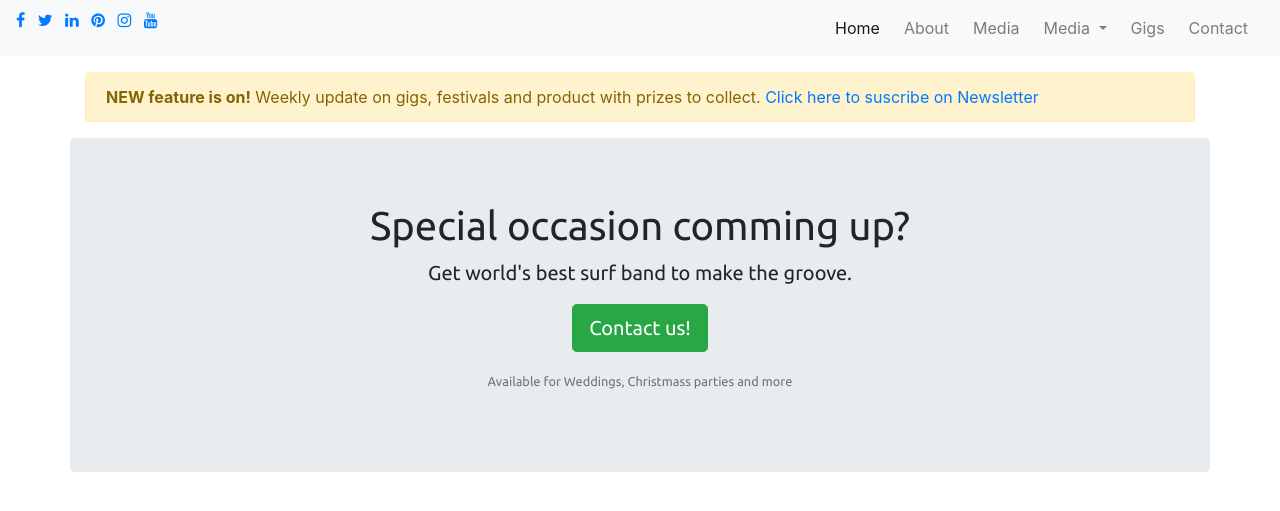
Repository: NamcorStudent/Stream_1_Project_HTML5-CSS3
Page: index.html
The author's editor kept a record of every edit. The page is drawn from the files as they stood at one moment, then again after the next edit.
The browser window is 1280 px wide. The pictures show the whole page.
Some web libraries are served in a nearby version.

Above is the page before.

### index.html
<!DOCTYPE html>
<html lang="en">

<head>
    <meta charset="UTF-8">
    <meta name="viewport" content="width=device-width, initial-scale=1.0">
    <meta http-equiv="X-UA-Compatible" content="ie=edge">
    <link rel="stylesheet" href="https://maxcdn.bootstrapcdn.com/bootstrap/4.2.1/css/bootstrap.min.css" type="text/css" />
    <link rel="stylesheet" href="https://maxcdn.bootstrapcdn.com/font-awesome/4.7.0/css/font-awesome.min.css" type="text/css" />
    <link rel="stylesheet" href="assets/css/style.css" type="text/css" />
    <title>The Bambi Molesters | Official</title>
</head>

<body>
    <header>
        <!--Nav-->
        <nav class="navbar navbar-light navbar-expand-sm bg-light">
            <div class="social-links mr-auto">
                <ul class="list-inline social-links">
                    <li class="list-inline-item">
                        <a target="_blank" href="#">
                            <i class="fa fa-facebook" aria-hidden="true"></i>
                            <span class="sr-only">Facebook</span>
                        </a>
                    </li>
                    <li class="list-inline-item">
                        <a target="_blank" href="#">
                            <i class="fa fa-twitter" aria-hidden="true"></i>
                            <span class="sr-only">Twitter</span>
                        </a>
                    </li>
                    <li class="list-inline-item">
                        <a target="_blank" href="#">
                            <i class="fa fa-linkedin" aria-hidden="true"></i>
                            <span class="sr-only">LinkedIn</span>
                        </a>
                    </li>
                    <li class="list-inline-item">
                        <a target="_blank" href="#">
                            <i class="fa fa-pinterest" aria-hidden="true"></i>
                            <span class="sr-only">Pinterest</span>
                        </a>
                    </li>
                    <li class="list-inline-item">
                        <a target="_blank" href="#">
                            <i class="fa fa-instagram" aria-hidden="true"></i>
                            <span class="sr-only">Instagram</span>
                        </a>
                    </li>
                    <li class="list-inline-item">
                        <a target="_blank" href="#">
                            <i class="fa fa-youtube" aria-hidden="true"></i>
                            <span class="sr-only">YouTube</span>
                        </a>
                    </li>
                </ul>
            </div>
            <button class="navbar-toggler" type="button" data-toggle="collapse" data-target="#navbarTogglerDropdown" aria-controls="navbarTogglerDemo02" aria-expanded="false" aria-label="Toggle navigation">
            <span class="navbar-toggler-icon"></span>
            </button>

            <div class="collapse navbar-collapse" id="navbarTogglerDropdown">
                <ul class="navbar-nav ml-auto">
                    <li class="active nav-item mr-2"><a class="nav-link" href="/">Home</a></li>
                    <li class="nav-item mr-2"><a class="nav-link" href="">About</a></li>
                    <li class="nav-item mr-2"><a class="nav-link" href="">Media</a></li>
                    <li class="nav-item dropdown mr-2">
                    <a class="nav-link dropdown-toggle" href="#" id="navbarDropdownMenuLink" role="button" data-toggle="dropdown" aria-haspopup="true" aria-expanded="false">
          Media
        </a>
                    <div class="dropdown-menu" aria-labelledby="navbarDropdownMenuLink">
                        <a class="dropdown-item" href="#">Video</a>
                        <a class="dropdown-item" href="#">Music</a>
                        <a class="dropdown-item" href="#">Gallery</a>
                    </div>
                </li>
                    <li class="nav-item mr-2"><a class="nav-link" href="">Gigs</a></li>
                    <li class="nav-item mr-2"><a class="nav-link" href="">Contact</a></li>
                    <li class="nav-item mr-2 d-block d-sm-none"><a class="nav-link" href="">Suscribe!!!</a></li>
                </ul>
            </div>
        </nav>

    </header>
    <section class="container mt-3">
        <div class="row d-none d-sm-block">
            <div class="col-12">
                <div class="alert alert-warning">
                    <strong>NEW feature is on!</strong> Weekly update on gigs, festivals and product with prizes to collect. <a href="">Click here to suscribe on Newsletter</a>
                </div>
            </div>
        </div>
        <!-- Callout -->
        <div class="row">
            <section class=" col-12 callout jumbotron text-center">
                <h1>Special occasion comming up?</h1>
                <p class="lead">Get world's best surf band to make the groove.</p>
                <p><button class="btn btn-lg btn-success">Contact us!</button></p>
                <p class="text-muted"><small>Available for Weddings, Christmass parties and more</small></p>
            </section>
        </div>
        <!-- /.callout -->

    </section>

 <script src="https://code.jquery.com/jquery-3.3.1.slim.min.js" integrity="sha384-q8i/X+965DzO0rT7abK41JStQIAqVgRVzpbzo5smXKp4YfRvH+8abtTE1Pi6jizo" crossorigin="anonymous"></script>
    <script src="https://cdnjs.cloudflare.com/ajax/libs/popper.js/1.14.7/umd/popper.min.js" integrity="sha384-UO2eT0CpHqdSJQ6hJty5KVphtPhzWj9WO1clHTMGa3JDZwrnQq4sF86dIHNDz0W1" crossorigin="anonymous"></script>
    <script src="https://stackpath.bootstrapcdn.com/bootstrap/4.3.1/js/bootstrap.min.js" integrity="sha384-JjSmVgyd0p3pXB1rRibZUAYoIIy6OrQ6VrjIEaFf/nJGzIxFDsf4x0xIM+B07jRM" crossorigin="anonymous"></script>
</body>

</html>

### assets/css/style.css
@import url('https://fonts.googleapis.com/css?family=Oswald|Ubuntu&display=swap');

.jumbotron{
    font-family: "Ubuntu", sans-serif;
    font-weight: 900;
}

After the next edit:
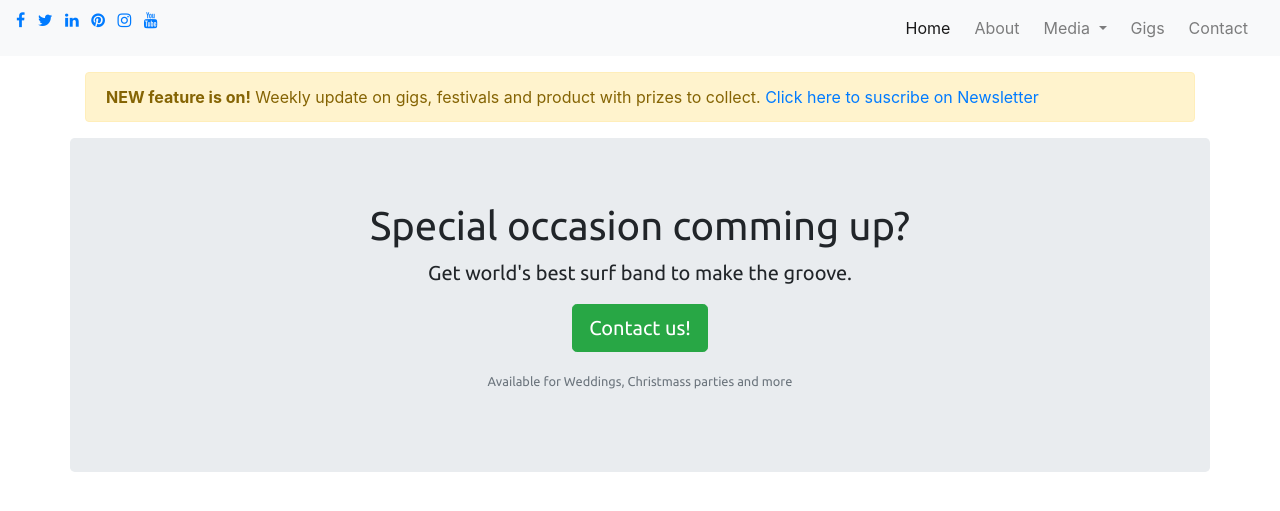
The edit:
--- a/index.html
+++ b/index.html
@@ -63,7 +63,6 @@
                 <ul class="navbar-nav ml-auto">
                     <li class="active nav-item mr-2"><a class="nav-link" href="/">Home</a></li>
                     <li class="nav-item mr-2"><a class="nav-link" href="">About</a></li>
-                    <li class="nav-item mr-2"><a class="nav-link" href="">Media</a></li>
                     <li class="nav-item dropdown mr-2">
                     <a class="nav-link dropdown-toggle" href="#" id="navbarDropdownMenuLink" role="button" data-toggle="dropdown" aria-haspopup="true" aria-expanded="false">
           Media
